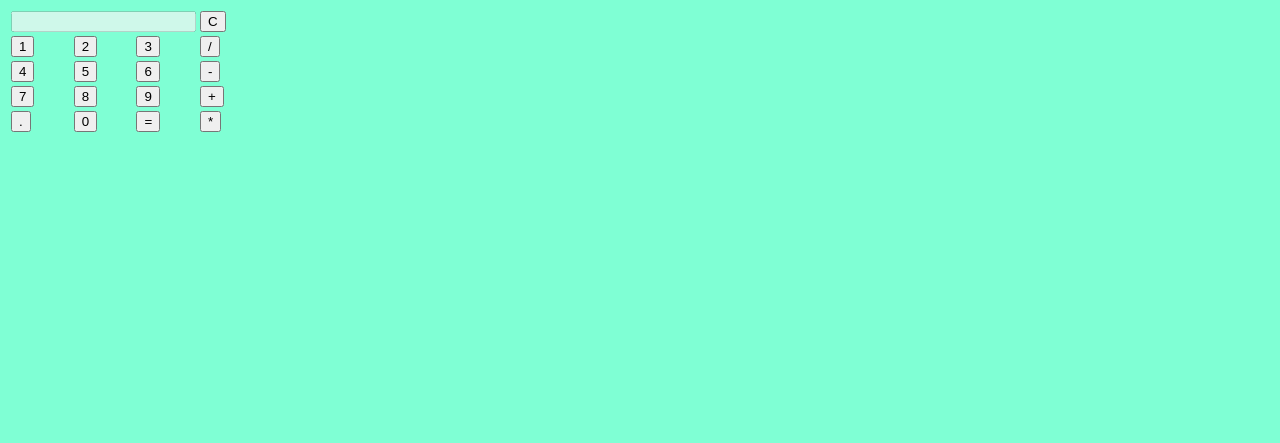
Repository: KaylaDamons/LAB-calculator
Page: index.html
These files come from the project's save history. The page is drawn as it stood at one moment and after the next save; the edit follows.
The browser window is 1280 px wide. The pictures show the whole page.

Above is the page before, as saved 2024-01-13 11:04:49.

After the next save:
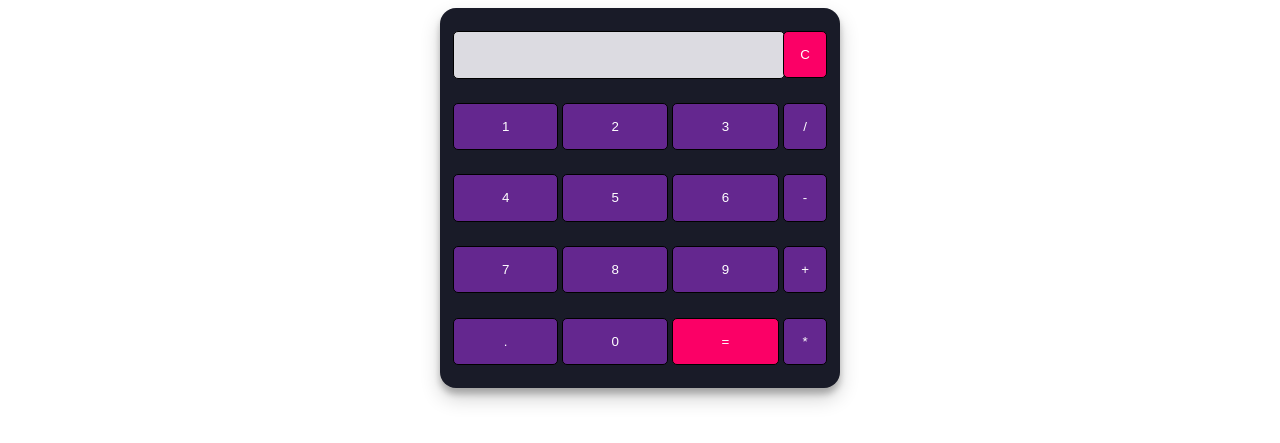
Saved 89 s later.
--- a/main.css
+++ b/main.css
@@ -1,3 +1,41 @@
-body {
-  background-color:aquamarine
+.calculator {
+  padding: 10px;
+  border-radius: 1em;
+  height: 380px;
+  width: 400px;
+  margin: auto;
+  background-color: #191b28;
+  box-shadow: rgba(0, 0, 0, 0.19) 0px 10px 20px, rgba(0, 0, 0, 0.23) 0px 6px 6px;
 }
+
+.display-box {
+  font-family: 'Orbitron', sans-serif;
+  background-color: #dcdbe1;
+  border: solid black 0.5px;
+  color: black;
+  border-radius: 5px;
+  width: 100%;
+  height: 65%;
+}
+
+#btn {
+  background-color: #fb0066;
+}
+
+input[type=button] {
+  font-family: 'Orbitron', sans-serif;
+  background-color: #64278f;
+  color: white;
+  border: solid black 0.5px;
+  width: 100%;
+  border-radius: 5px;
+  height: 70%;
+  outline: none;
+}
+
+input:active[type=button] {
+  background: #e5e5e5;
+  -webkit-box-shadow: inset 0px 0px 5px #c1c1c1;
+  -moz-box-shadow: inset 0px 0px 5px #c1c1c1;
+  box-shadow: inset 0px 0px 5px #c1c1c1;
+}
